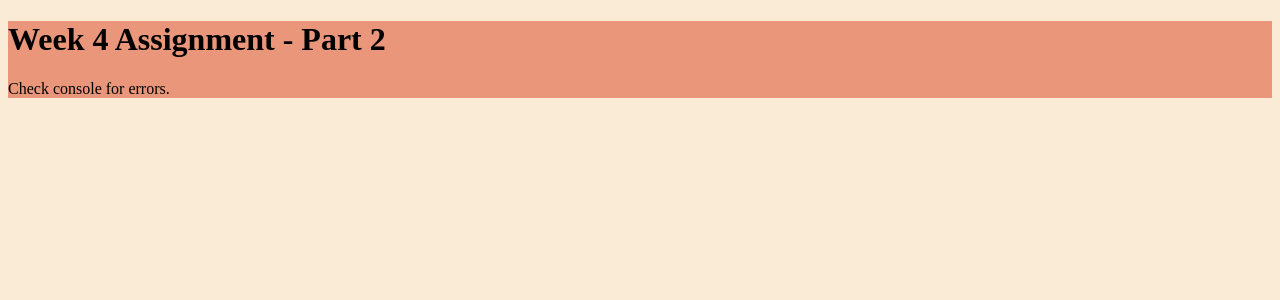
Repository: Ellusionism/prime-pw-week-4-assignment-part-2
Page: assignment/index.html
An editor plug-in stored every save of this project. The page is shown before and after the next save, followed by the edit.
The browser window is 1280 px wide. The pictures show the whole page.

Above is the page before, as saved 2022-11-16 17:42:55.

After the next save:
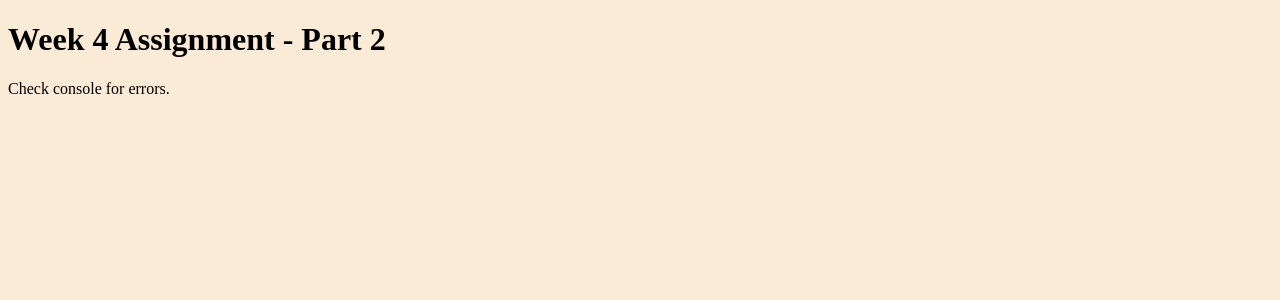
Saved 14 s later.
--- a/assignment/stylesheet.css
+++ b/assignment/stylesheet.css
@@ -4,4 +4,5 @@
 
 .homepageHeader {
  background-color:darksalmon
+ margin
 }

After the 3 saves that followed:
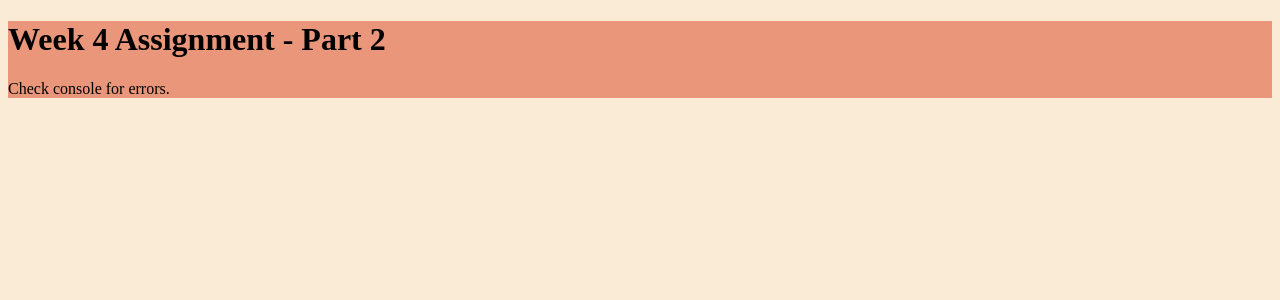
The 3 saves are shown as one change because 1 left the picture as it was and some came seconds apart.
The last was saved 16 s later.
--- a/assignment/stylesheet.css
+++ b/assignment/stylesheet.css
@@ -3,6 +3,6 @@
 }
 
 .homepageHeader {
- background-color:darksalmon
- margin
+ background-color:darksalmon;
+ margin: auto;
 }
